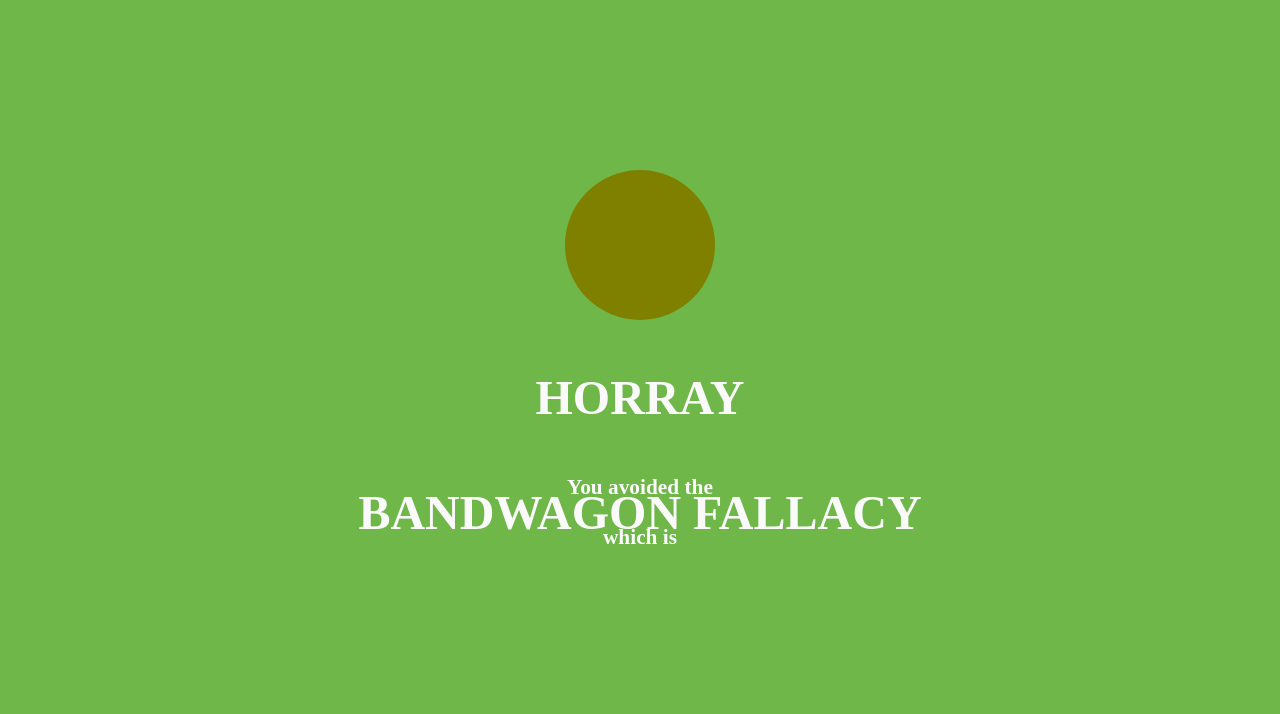
Repository: cindyvunguyen/fallacy
Page: index.html
These files come from the project's save history. The page is drawn as it stood at one moment and after the next save; the edit follows.
The browser window is 1280 px wide. The pictures show the whole page.
Some web fonts or font styles are not loaded; a fallback is used.

Above is the page before, as saved 2020-03-12 16:25:33.

### index.html
<!DOCTYPE html>
<html lang="en">
<head>
    <meta charset="UTF-8">
    <meta name="viewport" content="width=device-width, initial-scale=1.0">
    <title>FALLACIES</title>
    <link href="style.css" rel="stylesheet" type="text/css">
</head>
<body>
    <div id="app">

        <!-- CINDY START -->

        <div id="home-page"></div>

        <div id="lets-start-page"></div>

        <div id="question-page"></div>

        <!-- CINDY END -->

        <!-- SOPHIA START -->

        <div id="correct-page">
            <div id="correct-icon"></div>
            <div id="cp-text1">HORRAY</div>
            <div id="cp-a-outcome">
                <div id="cp-text2">You avoided the</div>
                <div id="cp-fallacy">BANDWAGON FALLACY</div>
                <div id="cp-text2">which is</div>
            </div>
        </div>

        <div id="incorrect-page"></div>

        <!-- the two above pages technically have the same HTML. so you can only have 1 div and change the CSS through JS. it's entirely up to you. -->

        <div id="results-page"></div>

        <div id="game-over-page"></div>

        <!-- the two above pages technically have the same HTML, so you can only have 1 div and change the CSS through JS. it's entirely up to you. -->

        <!-- SOPHIA END -->

        <!-- CHLOE START -->

        <div id="review-page"></div>

        <div id="review2-page"></div>

        <div id="fallacy-review-page"></div>

        <div id="three-fallacies-page"></div>
        <!-- change the page's content with JS to show all three fallacies when clicked -->

        <!-- CHLOE END -->
        <script src="js.js"></script>
    </div>
</body>
</html>

### style.css
body {
    margin: 0;
}

#app {
    width: 100vw;
    height: 100vh;
    font-family: Visby;
    background-color: #468091;
    color: #FAFAFA;
}

@font-face {
    font-family: Visby;
    src: url(fonts/VisbyRoundCF-Regular.otf) format("woff");
}

@font-face {
    font-family: Visby;
    src: url(fonts/VisbyRoundCF-ExtraBold.otf) format("woff");
    font-weight: bold;
}

.pink-button {
    height: 100px;
    width: 700px;
    background-color: #ed2265;
    border: 0px;
    border-radius: 75px;
    font-family: Visby;
    font-weight: bold;
    font-size: 36pt;
    color: #FAFAFA;
    outline: 0;
}

.pink-button:active {
    background-color: #9c1542;
}

.white-button {
    height: 100px;
    width: 700px;
    background-color: #FAFAFA;
    border: 0px;
    border-radius: 75px;
    font-family: Visby;
    font-weight: bold;
    font-size: 36pt;
    color: #303030;
    outline: 0;
}

.white-button:active {
    background-color: #9e9e9e;
}

.grey-button {
    height: 100px;
    width: 700px;
    background-color: #303030;
    border: 0px;
    border-radius: 75px;
    font-family: Visby;
    font-weight: bold;
    font-size: 36pt;
    color: #FAFAFA;
    outline: 0;
}

.grey-button:active {
    background-color: #000000;
}

/* CINDY START */

/* CINDY END */

/* SOPHIA START */
#correct-page {
    width: 100vw;
    height: 100vh;
    display: flex;
    /* display: none; */
    flex-direction: column;
    align-items: center;
    justify-content: center;
    background-color: #6eb748; /* incorrect, change to #860000*/
}

#correct-icon {
    background-color: olive;
    width: 150px;
    height: 150px;
    border-radius: 50%;
}

#cp-text1 {
    font-size: 36pt;
    font-weight: bold;
    padding: 50px 0;
}

#cp-text2 {
    font-size: 16pt;
    font-weight: bold;
}

#cp-fallacy {
    font-size: 36pt;
    font-weight: bold;
}

#cp-definition {
    font-size: 16pt;
    line-height: 150px;
}

#cp-a-outcome {
    line-height: 25px;
    display: flex;
    flex-direction: column;
    align-items: center;
    justify-content: center;
}

#incorrect-page {
    width: 100vw;
    height: 100vh;
    /* display: flex; */
    display: none;
    flex-direction: column;
    align-items: center;
    justify-content: center;
    background-color: #860000;
}

#incorrect-icon {
    background-color: olive;
    width: 150px;
    height: 150px;
    border-radius: 50%;
}

#ip-text1 {
    font-size: 36pt;
    font-weight: bold;
    padding: 50px 0;
}

#ip-text2 {
    font-size: 16pt;
    font-weight: bold;
}

#ip-fallacy {
    font-size: 36pt;
    font-weight: bold;
}

#ip-definition {
    font-size: 16pt;
    line-height: 150px;
}

#ip-a-outcome {
    line-height: 25px;
    display: flex;
    flex-direction: column;
    align-items: center;
    justify-content: center;
}

/* SOPHIA END */

/* CHLOE START */

/* CHLOE END */

Loaded but not shown: js.js (no copy from this time; the picture is the same without it)

After the next save:
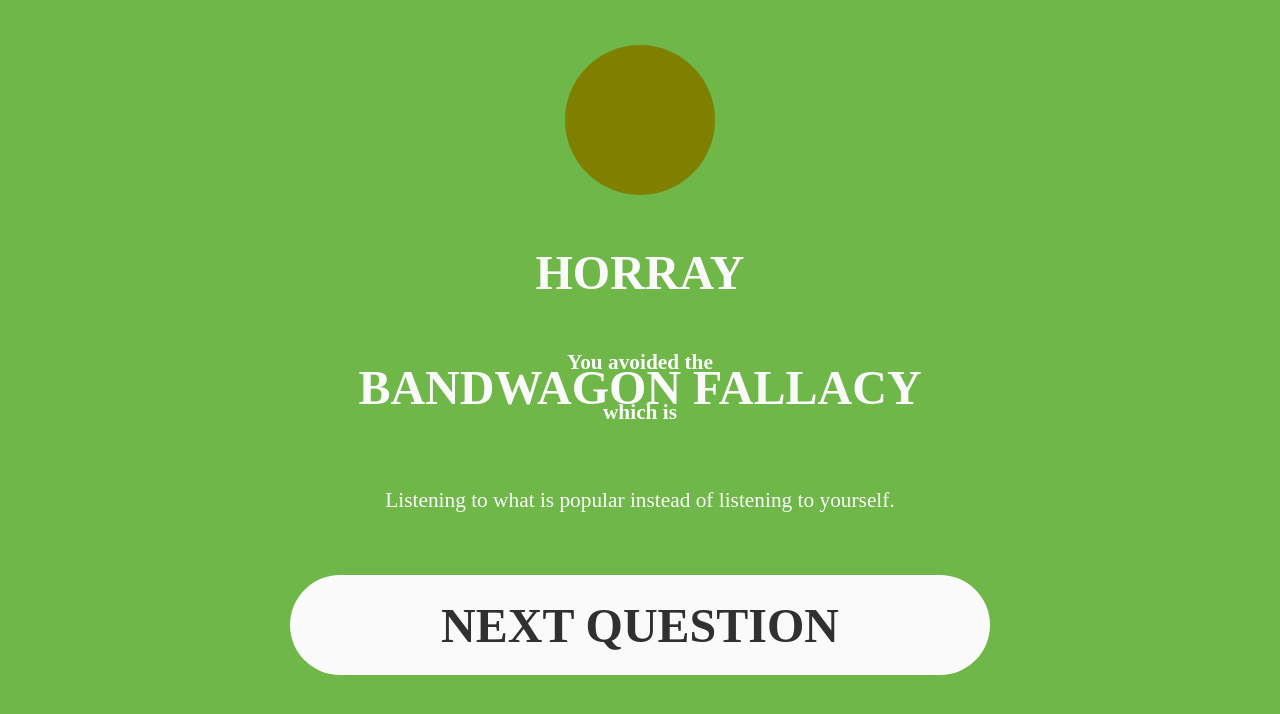
Saved 14 s later.
--- a/index.html
+++ b/index.html
@@ -29,6 +29,8 @@
                 <div id="cp-fallacy">BANDWAGON FALLACY</div>
                 <div id="cp-text2">which is</div>
             </div>
+            <div id="cp-definition">Listening to what is popular instead of listening to yourself.</div>
+            <button class="white-button">NEXT QUESTION</button>
         </div>
 
         <div id="incorrect-page"></div>
